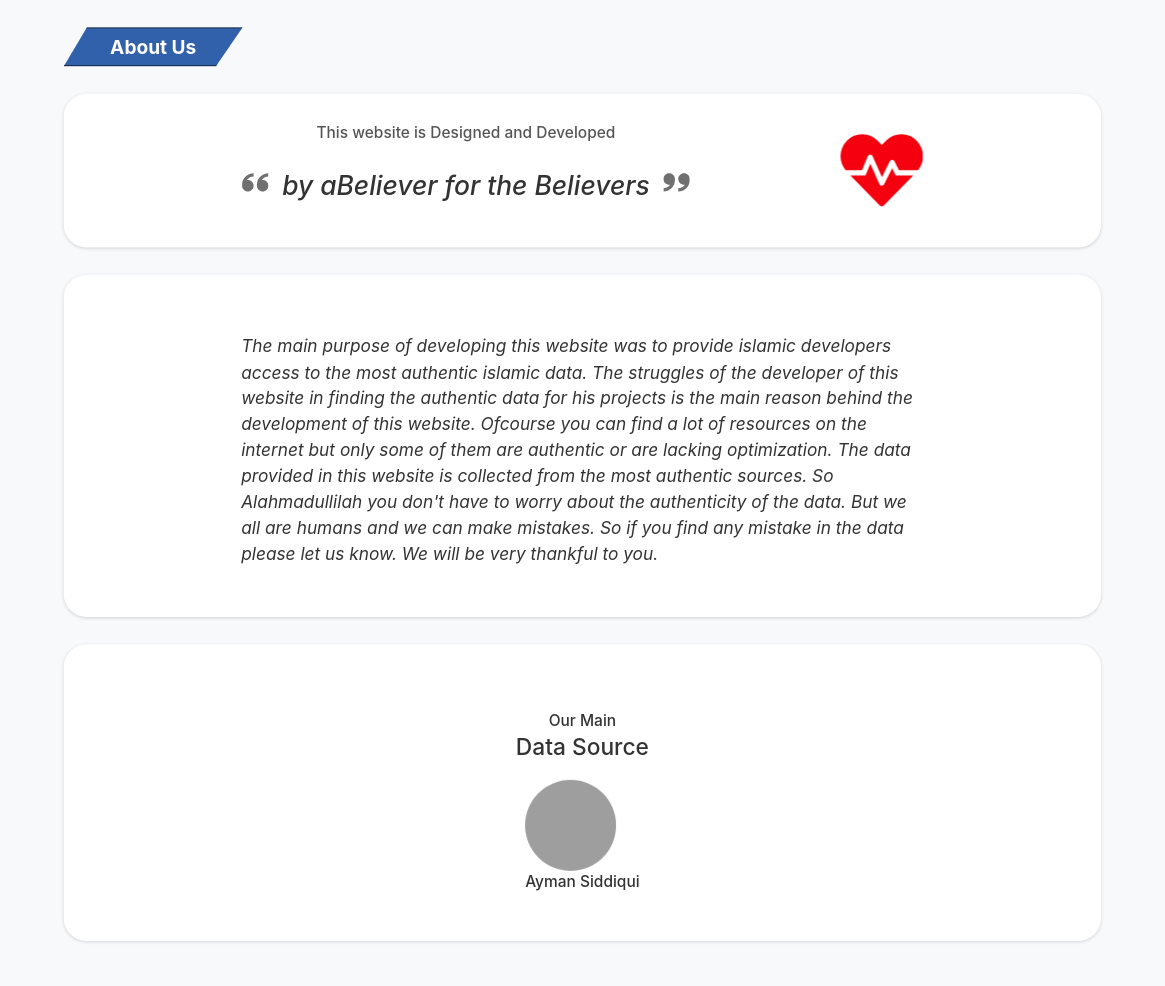
Repository: SpicierEwe/islamic-dev-repo
Page: /legal/about_us
The author's editor kept a copy of each file at every save. The page is drawn from the files as they stood at one save, then again after the next save.
The browser window is 1280 px wide. The pictures show the whole page, at 91% of full size.
Pictures or frames that could not be fetched are drawn as grey boxes. The project was rebuilt for these pictures with package versions that can differ from the ones it lists, and the page was loaded fresh each time. The framework's server and built-in components were replaced by stand-ins that run in the browser. Also part of the build but not shown: next.config.js.

Above is the page before, as saved 2022-09-16 18:26:09.

After the next save:
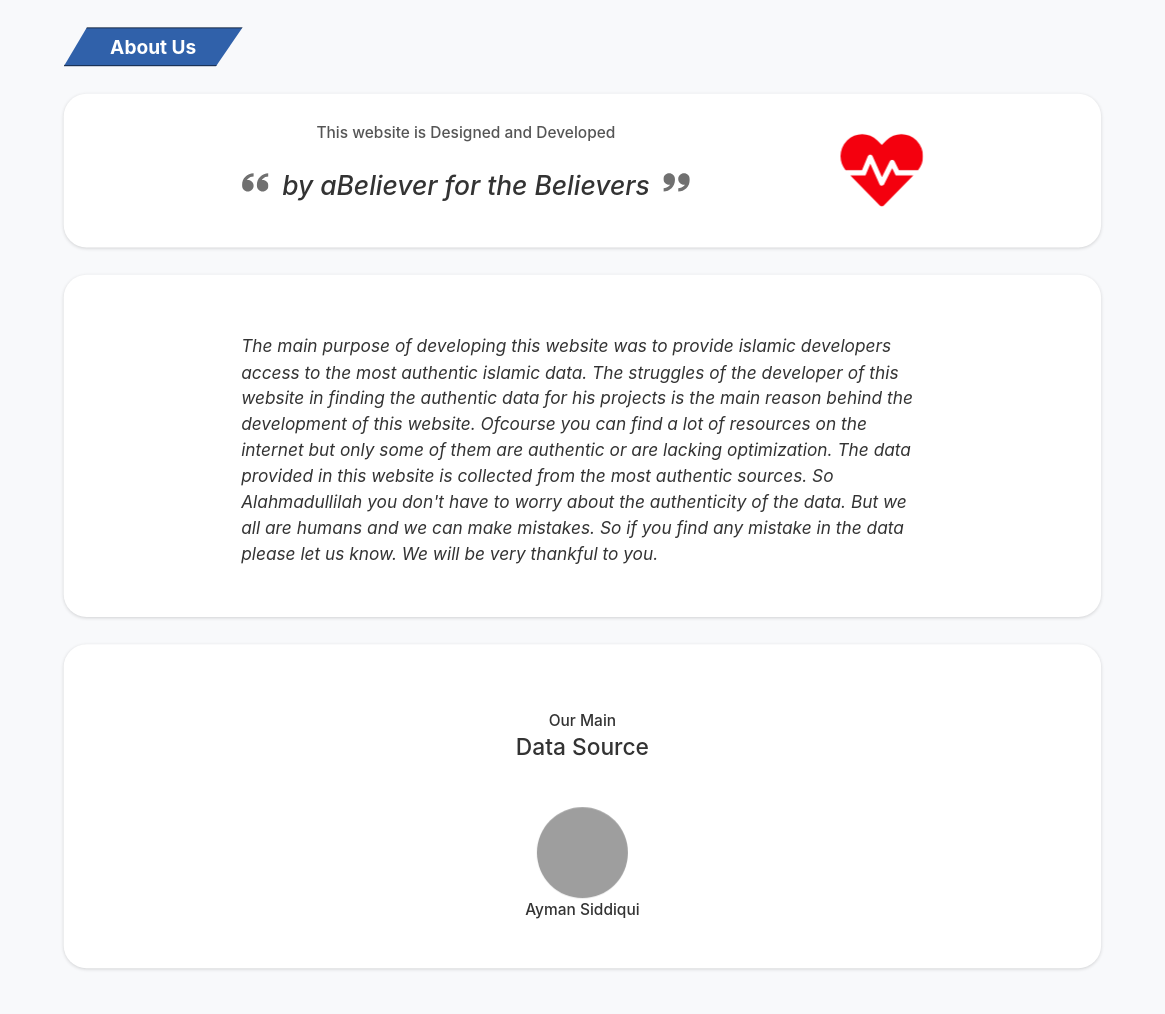
Saved 23 s later.
--- a/components/legal/about_us/about_us.module.css
+++ b/components/legal/about_us/about_us.module.css
@@ -104,6 +104,14 @@
 }
 
 /* resourcer classes */
+
+.resourcer_container {
+  display: flex;
+  flex-direction: column;
+  justify-content: center;
+  align-items: center;
+  margin-top: 3rem;
+}
 .resourcer_image {
   width: 100%;
   height: 100%;
